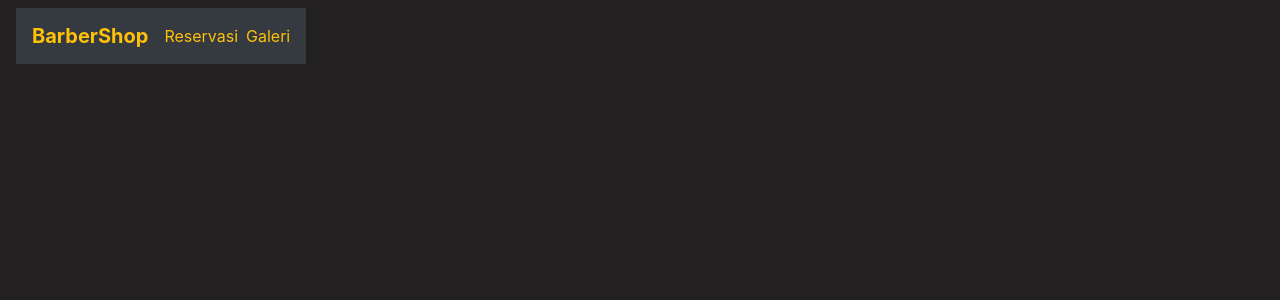
Repository: AHSANS354/Barberhop
Page: /
These files come from the project's save history. The page is drawn as it stood at one moment and after the next save; the edit follows.
The browser window is 1280 px wide. The pictures show the whole page.
The project was rebuilt for these pictures with package versions that can differ from the ones it lists, and the page was loaded fresh each time. Also part of the build but not shown: vue.config.js.

Above is the page before, as saved 2023-05-01 19:59:08.

After the next save:
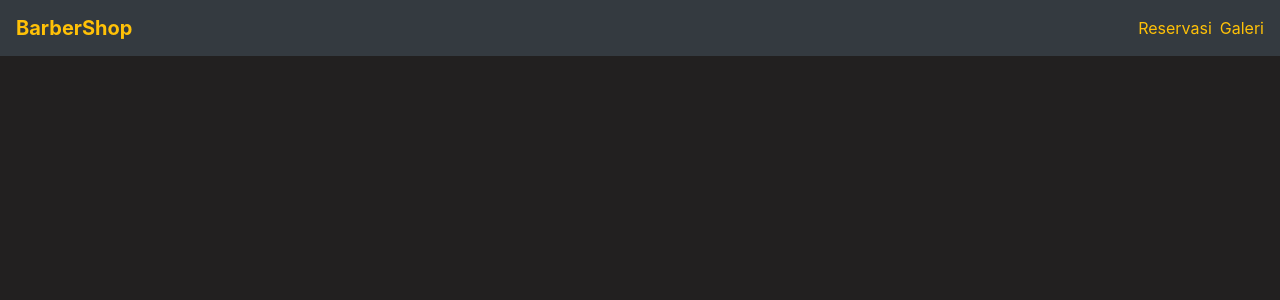
Saved 39 s later.
--- a/src/components/NavbarView.vue
+++ b/src/components/NavbarView.vue
@@ -1,5 +1,5 @@
 <template>
-  <div class="navbar fixed-top">
+  <div class="navbars fixed-top">
     <b-navbar type="dark" variant="dark">
       <router-link class="navbar-brand text-warning" to="/">
         <strong> BarberShop</strong>
